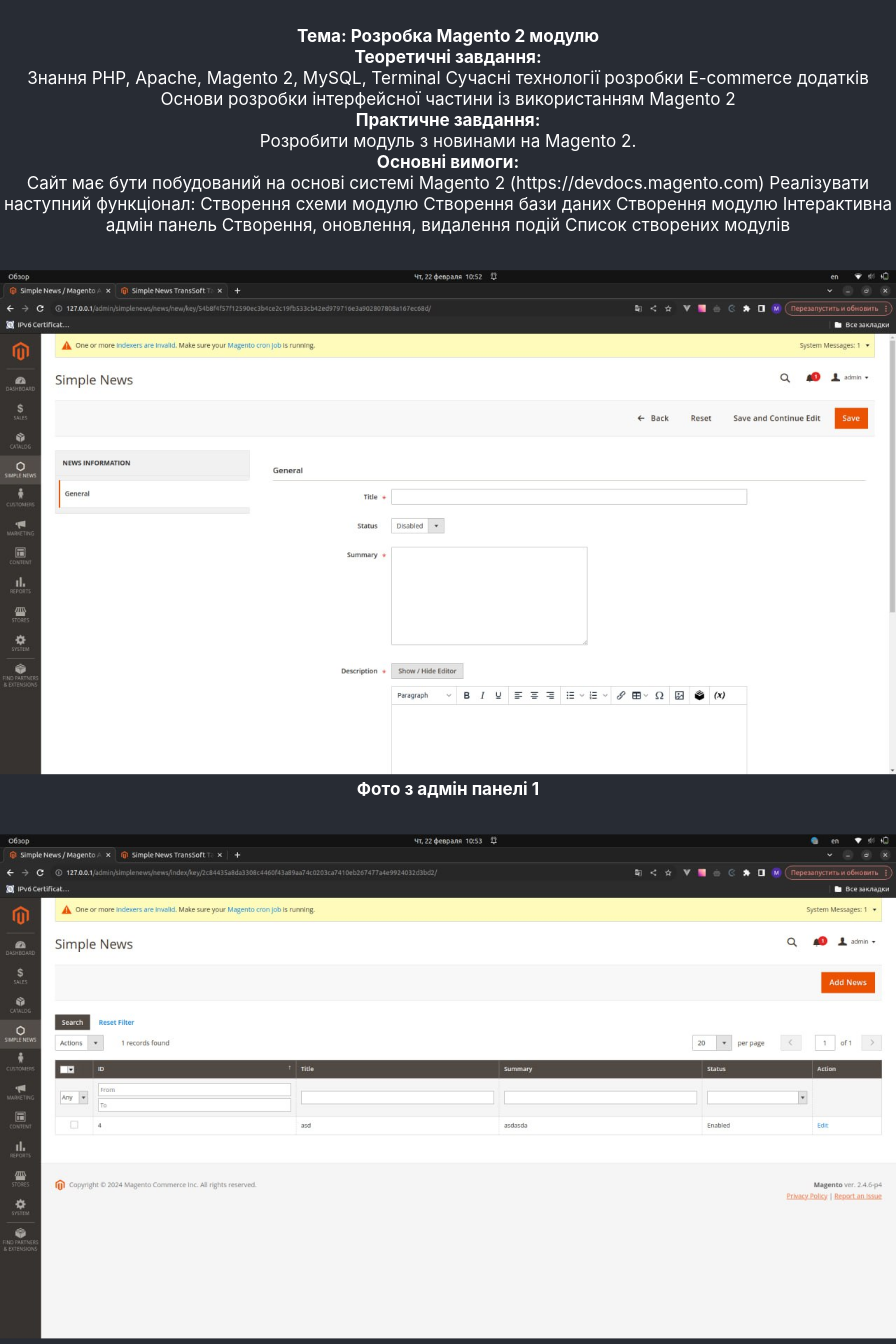
Repository: rutsguifd/prac-report
Page: /
An editor plug-in stored every save of this project. The page is shown before and after the next save, followed by the edit.
The browser window is 1280 px wide. The pictures show the part of the page from y = 1500 to 3420 px (the page is 4674 px tall before and 4704 px after), at 70% of full size.
The project was rebuilt for these pictures with package versions that can differ from the ones it lists, and the page was loaded fresh each time.

Above is the page before, as saved 2024-02-22 13:46:09.

After the next save:
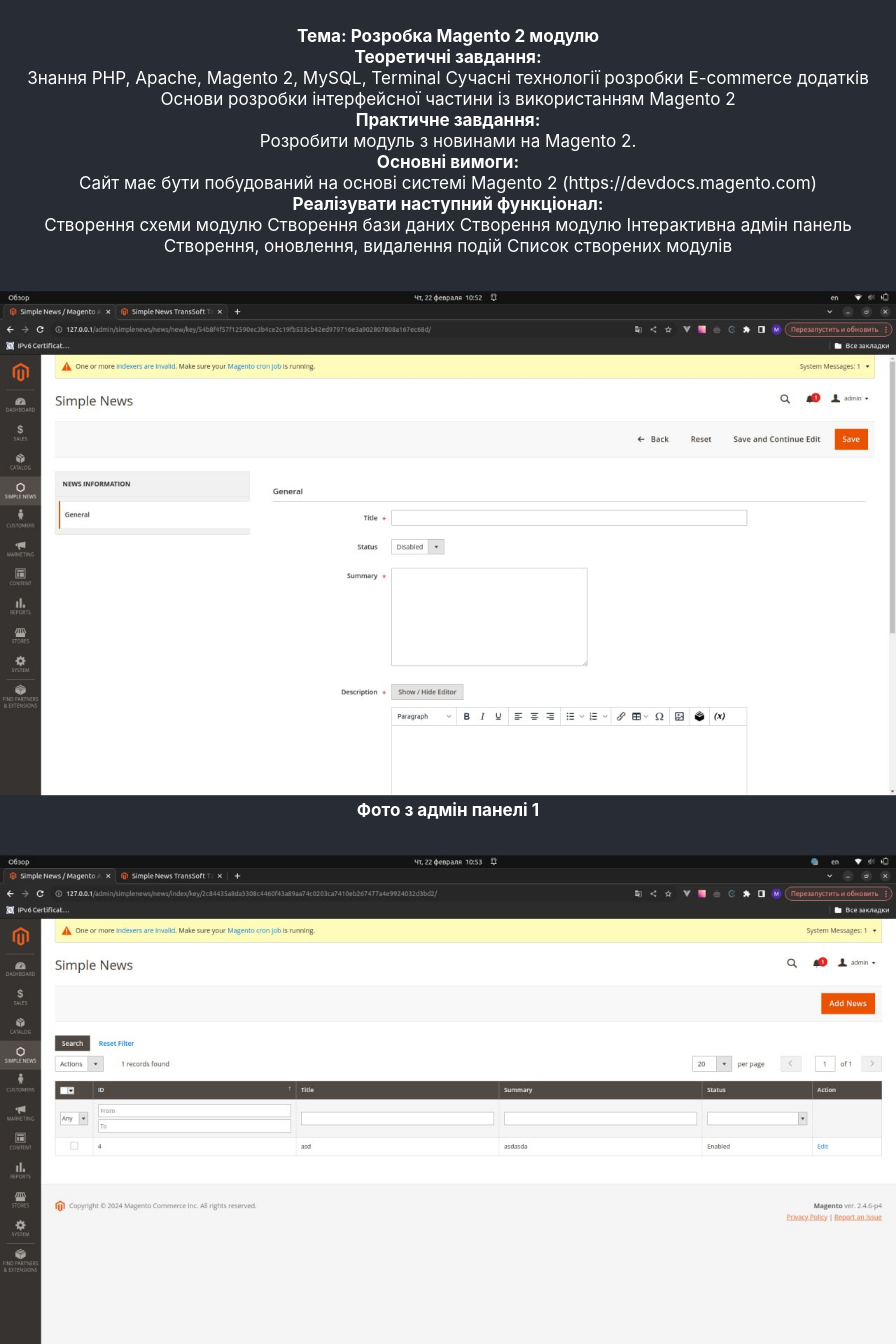
Saved 5 min 53 s later.
--- a/src/App.js
+++ b/src/App.js
@@ -46,7 +46,10 @@
               <b>Основні вимоги:</b>
             </div>
             Сайт має бути побудований на основі системі Magento 2
-            (https://devdocs.magento.com) Реалізувати наступний функціонал:
+            (https://devdocs.magento.com)
+            <div>
+              <b>Реалізувати наступний функціонал:</b>
+            </div>
             Створення схеми модулю Створення бази даних Створення модулю
             Інтерактивна адмін панель Створення, оновлення, видалення подій
             Список створених модулів
